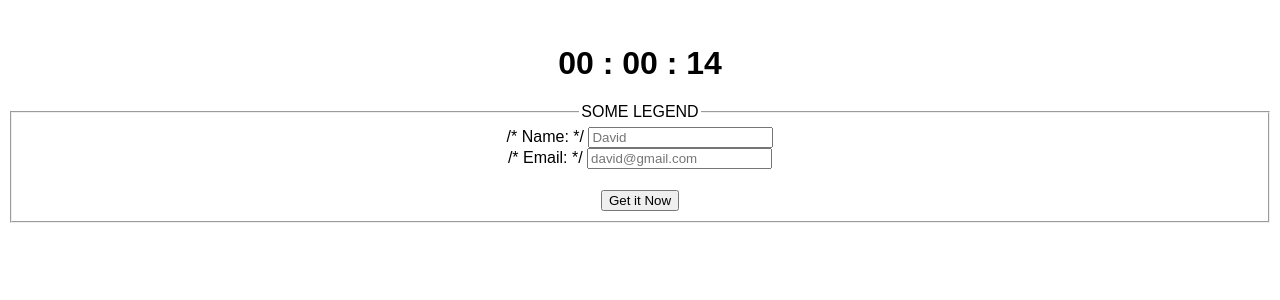
Repository: 43320888/upwork
Page: popup/index.html
These files come from the project's save history. The page is drawn as it stood at one moment and after the next save; the edit follows.
The browser window is 1280 px wide. The pictures show the whole page.

Above is the page before, as saved 2019-01-24 15:18:23.

### popup/index.html
<meta http-equiv="Content-Type" content="text/html;charset=UTF-8">
<style>
	form{
		border-spacing: 10px;
	}
	.tableRow
</style>
<script defer src="url.js"></script>
<body style="background:#fff8; font-family: Arial, Helvetica, sans-serif; text-align: center">
	<h1><br><div></div><script src="timer.js"></script></h1>
	<form action="/" method="get">
		<fieldset>
			<legend>SOME LEGEND</legend>
			<div class="tableRow">
				/* <label for="name">Name:</label> */
				<input type="text" id="name" name="name" value="" placeholder="David" required>
			</div>
			<div class="tableRow">
				/* <label for="email">Email:</label> */
				<input type="text" id="address" name="email" value="" placeholder="david@gmail.com" required>
			</div>
			<div class="tableRow" style="visibility:hidden">
				<input type="text" id="city" name="prize" value="" placeholder="Los Angeles" required>
			</div>
			<div class="tableRow">
				<label></label>
				<input type="submit" value="Get it Now">
			</div>
		</fieldset>
	    </form>
</body>

### popup/url.js
(() => {
	const regexp = /winningSegment=([^&]+)/i;
	let getValue = '';
	if (!!regexp.exec(document.location.search)) {
		getValue = regexp.exec(document.location.search)[1];
		document.querySelector('h1').insertAdjacentHTML('afterbegin', `Congratulations!!!<br>${decodeURI(getValue)}`);
	}
})();

### popup/timer.js
(() => {
	const x = ['00', '00', 16];
	const j = document.querySelector('h1 div');

	const backTimer = () => {
		if (x[2]) {
			x[2]--;
			if (x[2] < 10) j.innerHTML = `${x[0]} : ${x[1]} : 0${x[2]}`;
			else j.innerHTML = x.join(' : ');
			setTimeout(backTimer, 3000);
		} else {
			// j.innerHTML = "00:00:00";
			document.body.innerHTML = `<h1>${x.join(' : ')}0<br>Time is over</h1>`;
		}
	};
	backTimer();
})();

After the next save:
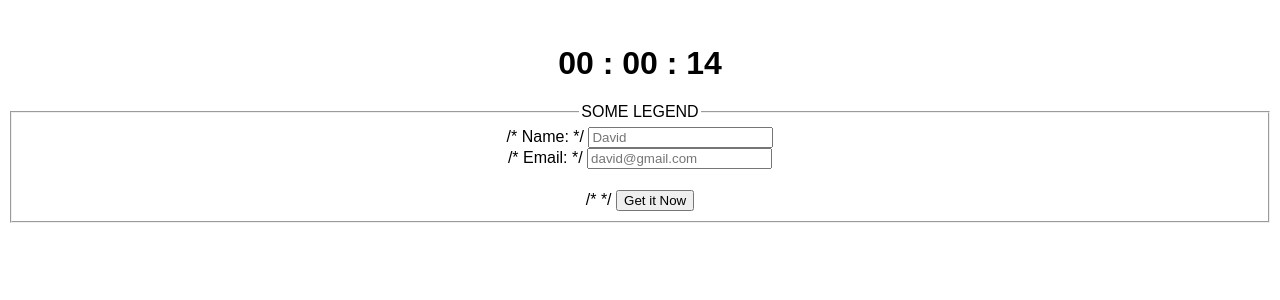
Saved 5 s later.
--- a/popup/index.html
+++ b/popup/index.html
@@ -23,7 +23,7 @@
 				<input type="text" id="city" name="prize" value="" placeholder="Los Angeles" required>
 			</div>
 			<div class="tableRow">
-				<label></label>
+				/* <label></label> */
 				<input type="submit" value="Get it Now">
 			</div>
 		</fieldset>
